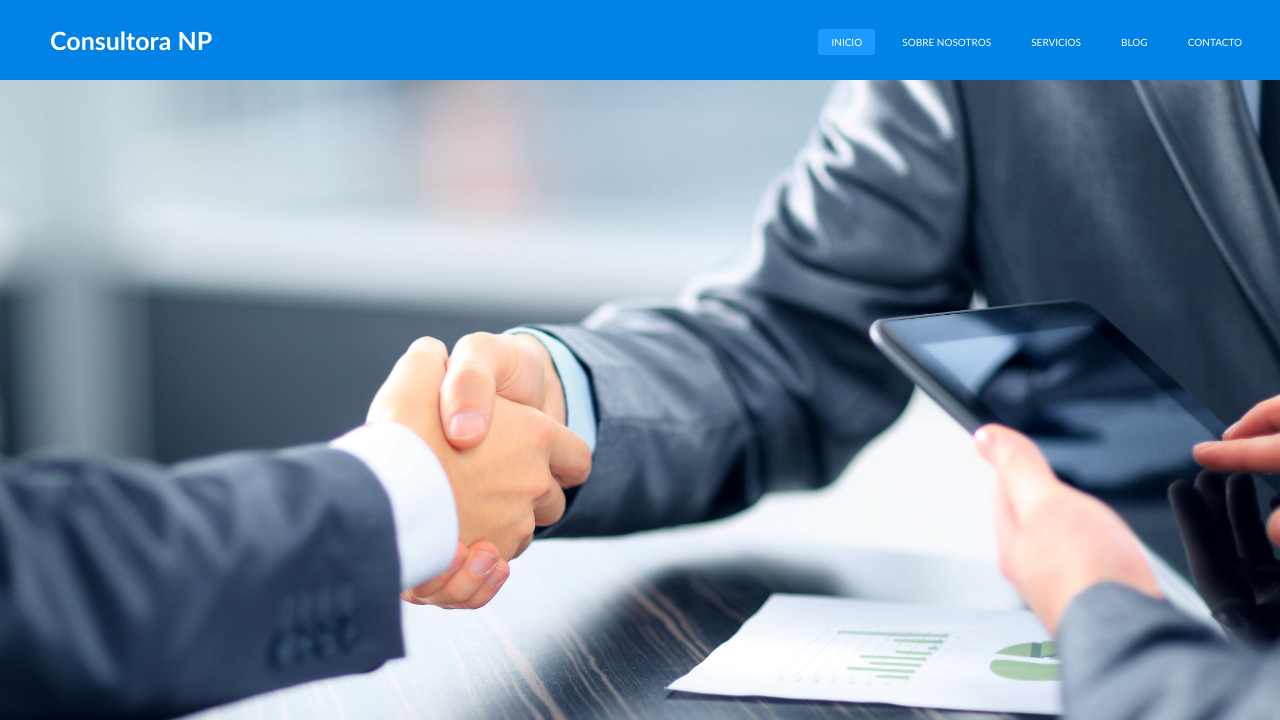
Repository: Batu120/pre-entrega2
Page: index.html
The author's editor kept a copy of each file at every save. The page is drawn from the files as they stood at one save, then again after the next save.
The browser window is 1280 px wide. The pictures show the whole page.

Above is the page before, as saved 2022-10-29 20:23:40.

### index.html
<!DOCTYPE html>
<html lang="en" dir="ltr">
<head>
    <meta charset="UTF-8">
    <meta http-equiv="X-UA-Compatible" content="IE=edge">
    <meta name="viewport" content="width=device-width, initial-scale=1.0">
    <title>2da Pre Entrega</title>

    <!-- CSS -->
    <link rel="stylesheet" href="CSS/style.css">
    <link rel="stylesheet" href="https://cdnjs.cloudflare.com/ajax/libs/font-awesome/4.7.0/css/font-awesome.min.css">
</head>
<body>
    <nav>
        <input type="checkbox" id="check">
        <label for="check" class="checkbtn">
            <i style="font-size:24px" class="fa">&#xf0c9;</i>
        </label>
        <label class="logo">Consultora NP</label>
            <!-- Lista no ordenada -->
            <ul>
                <!-- Items / Menu -->
                <li><a class="active" href="#">Inicio</a></li>
                <li><a href="#">Sobre Nosotros</a></li>
                <li><a href="#">Servicios</a></li>
                <li><a href="#">Blog</a></li>
                <li><a href="#">Contacto</a></li>
            </ul>
    </nav>

    <section></section>

            <!-- <img clas="menu" src="IMG/menu-icon2.png" alt="menu"> -->
<!-- Enlaces -->

<!--    <main>
        <h1>CONSULTORA </h1>
    </main> -->

</body>
</html>

### CSS/style.css
body {
    font-family:'Gill Sans', 'Gill Sans MT', Calibri, 'Trebuchet MS', sans-serif;
}

/* NAV BAR - ENLACES - RESPONSIVE */

* {
    padding: 0;
    margin: 0;
    text-decoration: none;
    list-style: none;
    box-sizing: border-box;
}
nav {
    background: #0082e6;
    height: 80px;
    width: 100%;
}
.logo{
    color: white;
    font-size: 25px;
    line-height: 80px;
    padding: 0 50px;
    font-weight: bold;
}
nav ul{
    float: right;
    margin-right: 20px;
    bottom:0px;
}
nav ul li{
    display: inline-block;
    line-height: 80px;
    margin: 0 5px;
}
nav ul li a{
    color: white;
    font-size: 10px;
    padding: 7px 13px;
    border-radius: 3px;
    text-transform: uppercase;
}
a.active,a:hover{
    background: #1b9bff;
    transition: .5s;
}
.checkbtn{
    font-size: 30px;
    color: white;
    float: right;
    line-height: 80px;
    margin-right: 30px;
    cursor: pointer;
    display: none;
}
#check{
    display: none;
}
@media (max-width: 1000px){
    label.logo {
        font-size: 25px;
        padding-left: 50px;
    }
    nav ul li a{
        font-size: 16px;
    }
}
@media (max-width: 800px){
    .checkbtn{
        display: block;
    }
    ul{
        position: fixed;
        width: 100%;
        height: 100vh;
        background: #2c3e50;
        top: 80px;
        left: -100%;
        text-align: center;
        transition: all .5s;
    }
    nav ul li{
        display: block;
        margin: 50px 0;
        line-height: 30px;
    }
    nav ul li a {
        font-size: 20px;
    }
        a:hover,a.active{
        background:none;
        color: #0082e6;
        }
        #check:checked ~ ul{
        left: 0;
        }
    }

    section{
        background: url(/IMG/consultoria_img.jpeg) no-repeat;
        background-size: cover;
        height: calc(100vh - 80px);
    }
/* .listaNOordenada {
    display: flex;
    flex-direction: row;
    justify-content:flex-end;
    list-style: none;
}

li {
    font-size: large;
    text-transform: uppercase;
    font-family:'Gill Sans', 'Gill Sans MT', Calibri, 'Trebuchet MS', sans-serif;
    font-weight: 600;
    margin: 10px;
    padding: 5px;
    letter-spacing: 2px;
}

@media (max-width: 850px){
    .listaNOordenada {
        flex-direction: column;
    }
}
 */

After the next save:
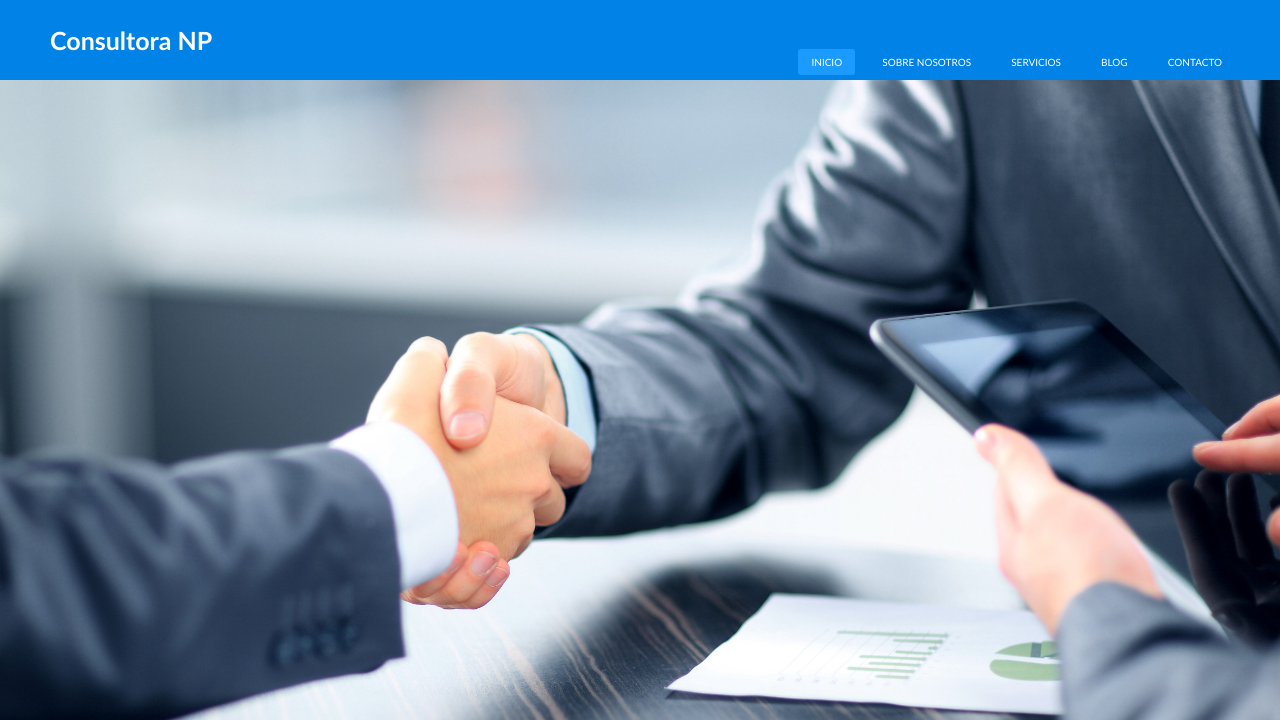
Saved 31 s later.
--- a/CSS/style.css
+++ b/CSS/style.css
@@ -26,7 +26,7 @@
 nav ul{
     float: right;
     margin-right: 20px;
-    bottom:0px;
+    padding: 20px;
 }
 nav ul li{
     display: inline-block;

After the save that followed:
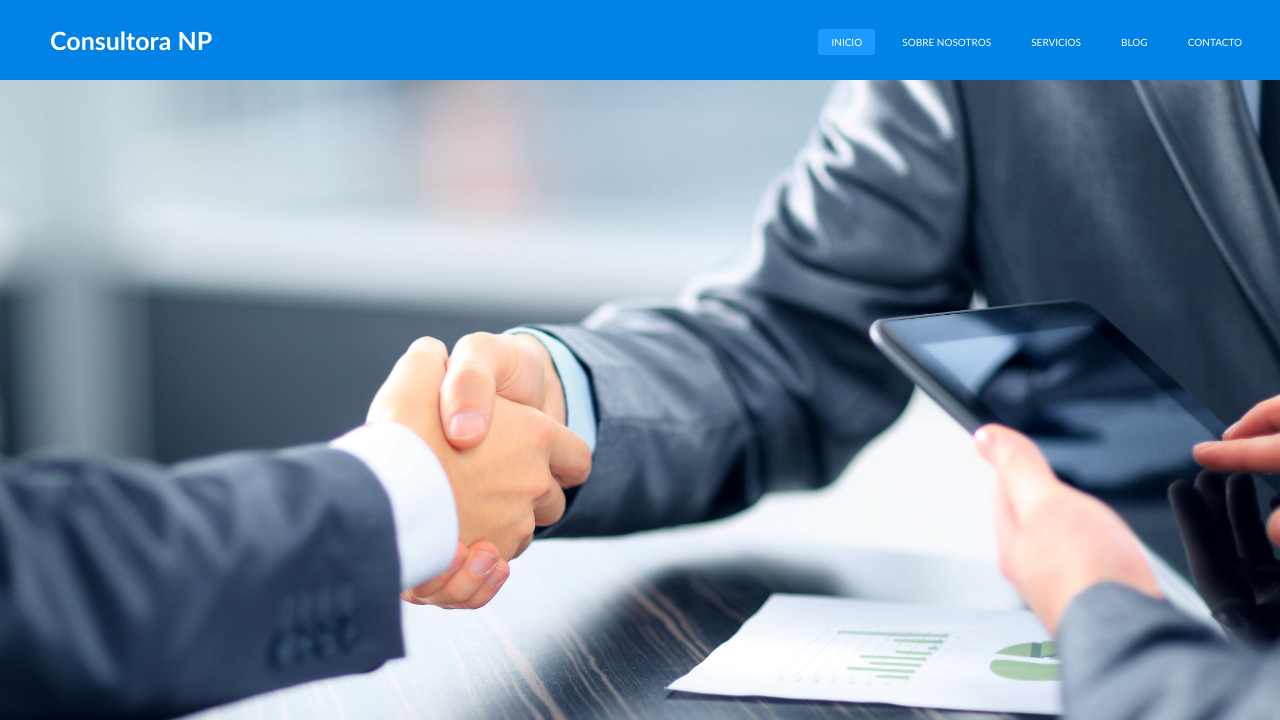
Saved 6 s later.
--- a/CSS/style.css
+++ b/CSS/style.css
@@ -26,7 +26,7 @@
 nav ul{
     float: right;
     margin-right: 20px;
-    padding: 20px;
+    padding: -20px;
 }
 nav ul li{
     display: inline-block;
